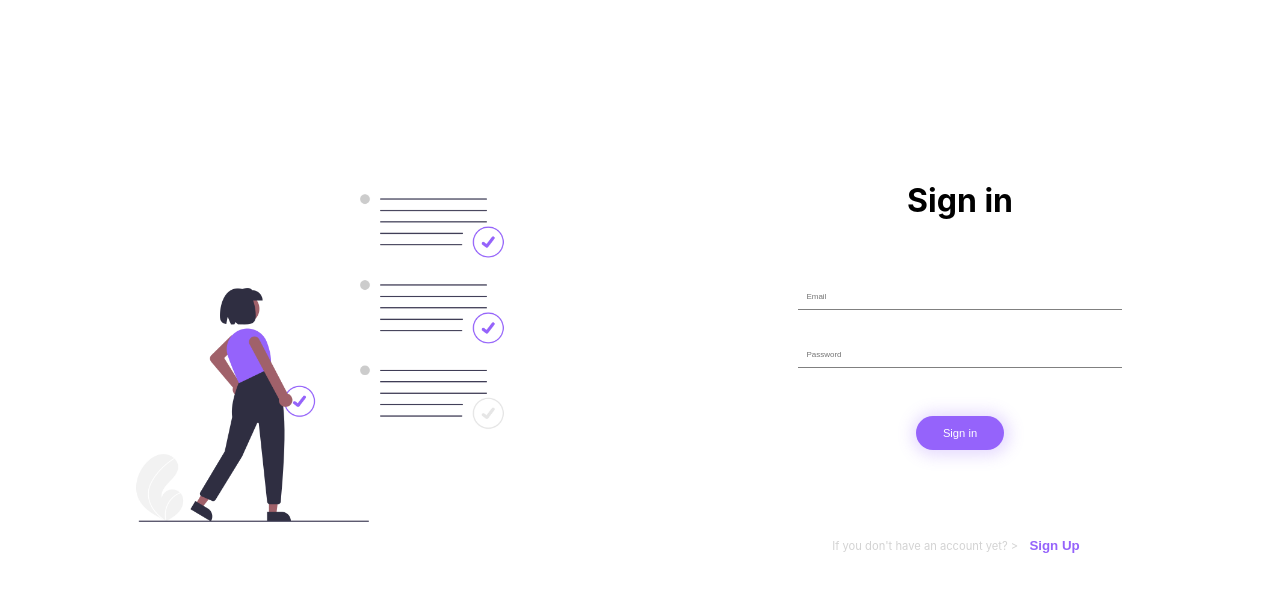
Repository: EEOOOO/wanted-pre-onboarding-fe
Page: / (app in to-do-list-app/)
An editor plug-in stored every save of this project. The page is shown before and after the next save, followed by the edit.
The browser window is 1280 px wide. The pictures show the whole page.
The project was rebuilt for these pictures with package versions that can differ from the ones it lists, and the page was loaded fresh each time. Also part of the build but not shown: to-do-list-app/src/components/sign_up/sign_up.module.css, to-do-list-app/src/components/sign_up/sign_up.jsx, to-do-list-app/src/components/todoList/todo_list.jsx.

Above is the page before, as saved 2022-08-22 00:54:30.

After the next save:
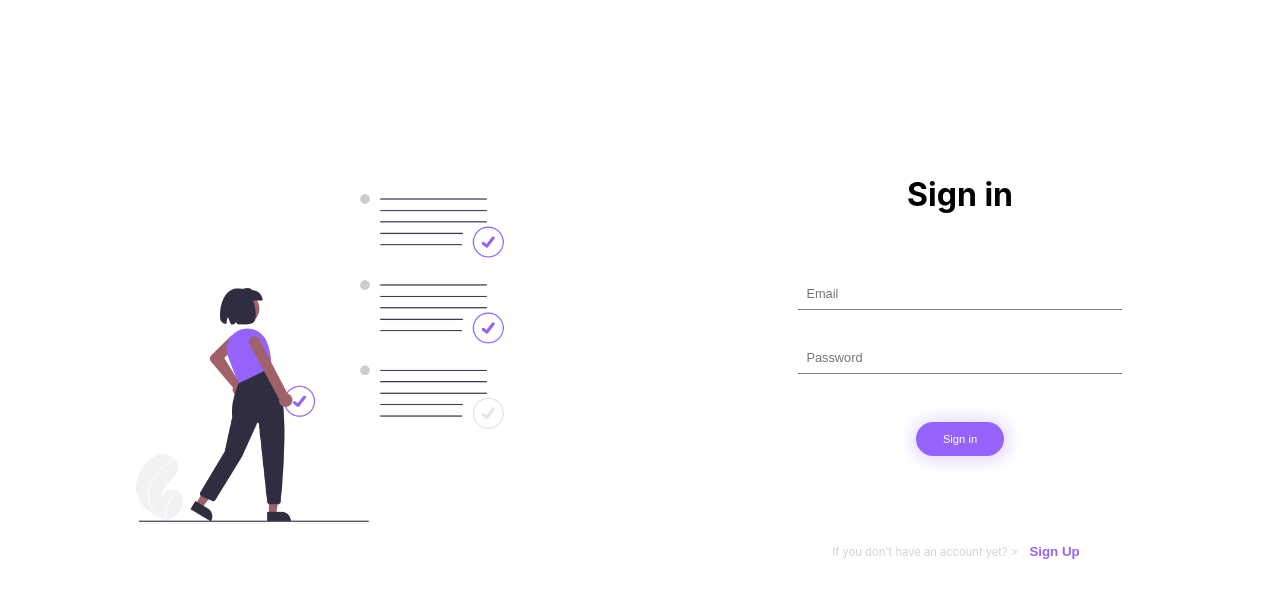
Saved 10 s later.
--- a/to-do-list-app/src/components/login_input_form/login_input_form.module.css
+++ b/to-do-list-app/src/components/login_input_form/login_input_form.module.css
@@ -9,7 +9,7 @@
 }
 input {
   width: 60%;
-  font-size: 0.5rem;
+  font-size: 0.8rem;
   padding: 0.5rem;
   margin: 1rem;
   border: none;
